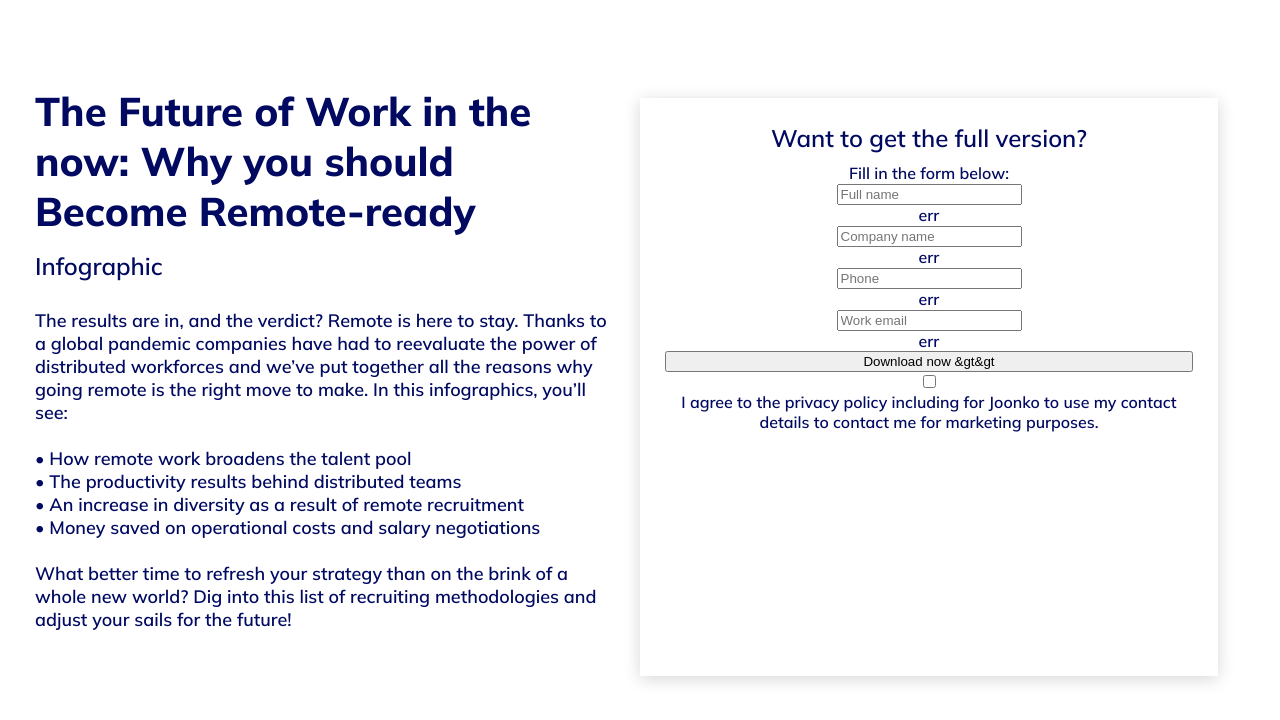
Repository: zivmorad/joonko-form
Page: /
An editor plug-in stored every save of this project. The page is shown before and after the next save, followed by the edit.
The browser window is 1280 px wide. The pictures show the whole page.
The project was rebuilt for these pictures with package versions that can differ from the ones it lists, and the page was loaded fresh each time.

Above is the page before, as saved 2021-08-03 11:24:51.

After the next save:
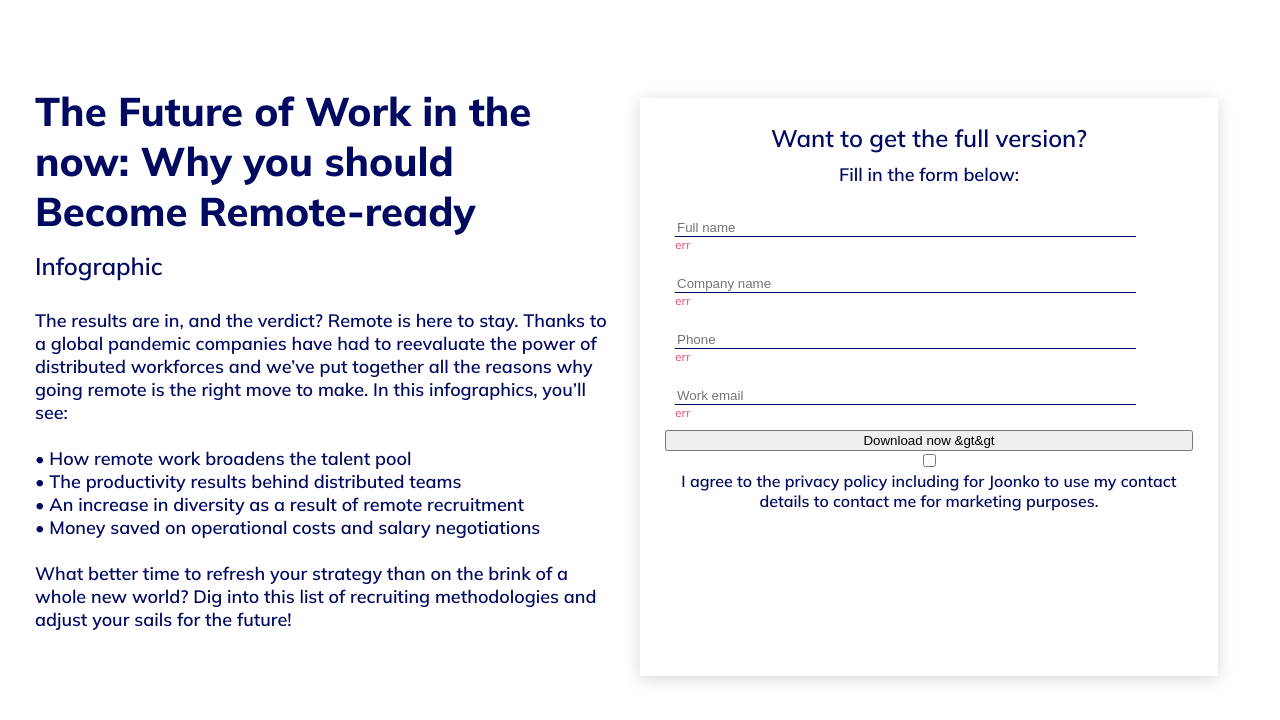
Saved 97 s later.
--- a/src/App.scss
+++ b/src/App.scss
@@ -72,23 +72,23 @@ body {
 					.form-title {
 						font-size: 24px;
 						margin-bottom: 10px;
-						.form-sub-title {
-							margin-bottom: 20px;
-							font-size: 18px;
+					}
+					.form-sub-title {
+						margin-bottom: 20px;
+						font-size: 18px;
+					}
+					.input-wrapper {
+						text-align: left;
+						margin: 10px 10px;
+						.form-input {
+							border: none;
+							width: 90%;
+							border-bottom: 1px solid #010a60;
 						}
-						.input-wrapper {
-							text-align: left;
-							margin: 10px 10px;
-							.form-input {
-								border: none;
-								width: 90%;
-								border-bottom: 1px solid #010a60;
-							}
-							.error {
-								color: #ed6982;
-								font-size: 12px;
-								height: 15px;
-							}
+						.error {
+							color: #ed6982;
+							font-size: 12px;
+							height: 15px;
 						}
 					}
 				}
